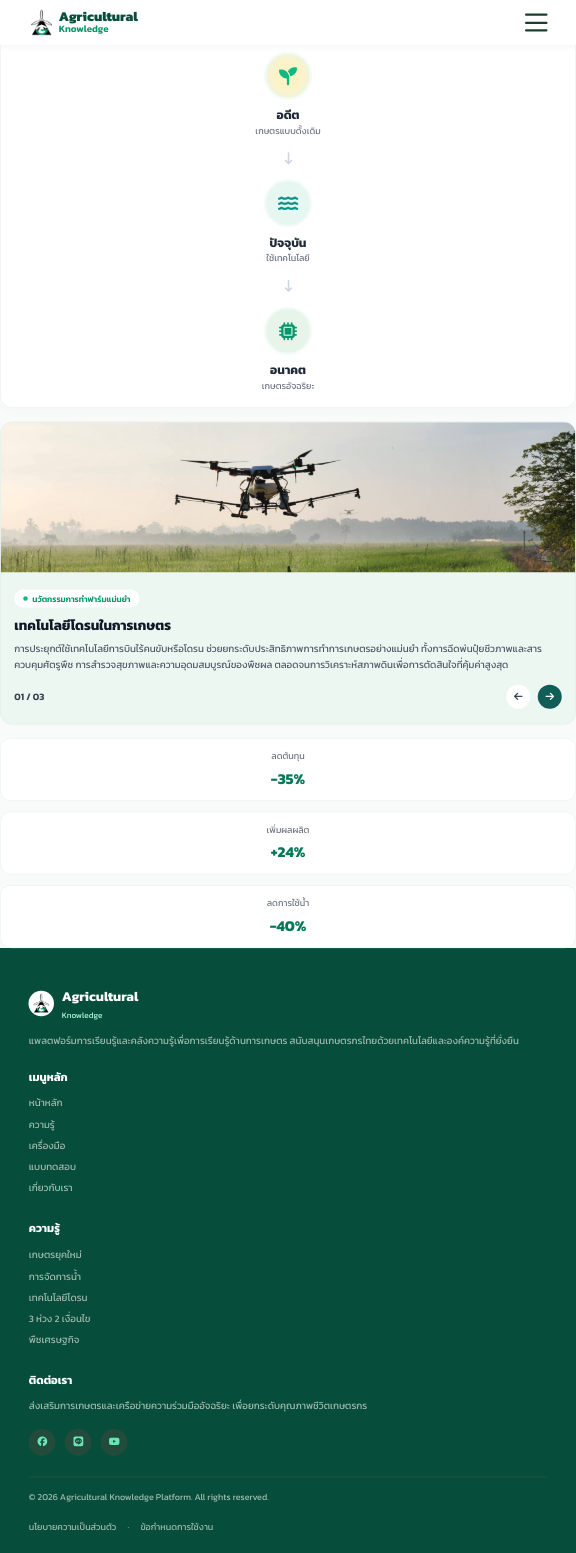
Repository: nuwat-wa/Project-WebdesignAG
Page: ag4.html
These files come from the project's save history. The page is drawn as it stood at one moment and after the next save; the edit follows.
The browser window is 768 px wide. The pictures show the whole page, at 75% of full size.

Above is the page before, as saved 2026-10-03 21:31:16.

### ag4.html
<!doctype html>
<html lang="th">
  <head>
    <meta charset="UTF-8" />
    <meta name="viewport" content="width=device-width, initial-scale=1.0" />
    <title>Agricultural Knowledge</title>

    <link
      rel="stylesheet"
      href="https://cdnjs.cloudflare.com/ajax/libs/font-awesome/6.7.2/css/all.min.css"
    />

    <link rel="stylesheet" href="style/ag4.css" />
  </head>

  <body>

    <header class="header">
      <div class="logo">
        <div class="logo-icon">
          <img src="/img/icon.png" alt="icon">
        </div>
        <div class="brand-text">
          <h1 class="title">Agricultural</h1>
          <span class="subtitle">Knowledge</span>
        </div>
      </div>

      <input type="checkbox" id="menu-toggle" class="menu-toggle" />

      <label for="menu-toggle" class="hamburger">
        <span></span>
        <span></span>
        <span></span>
      </label>

      <nav class="nav-links">
        <a href="index.html">หน้าหลัก</a>

        <div class="dropdown-hover">
          <a href="#" class="dropdown-btn active"
            >ความรู้ <i class="fa-solid fa-caret-down"></i
          ></a>

          <div class="menu-level1">
            <!-- มือใหม่ -->
            <div class="menu-item-has-children">
              <a href="#">มือใหม่ <i class="fa-solid fa-caret-right"></i></a>
              <div class="menu-level2">
                <a href="ag4.html">เกษตรสมัยใหม่</a>
                <a href="ag5.html">ปลูกข้าว</a>
                <a href="ag6.html">พืชสวน</a>
                <a href="ag7.html">พืชไร่</a>
                <a href="ag8.html">ปลูกผัก</a>
                <a href="ag9.html">การเตรียมดิน</a>
                <a href="#">การเลือกปุ๋ย</a>
                <a href="#">โรคศัตรูพืช</a>
              </div>
            </div>

            <!-- ผู้มีพื้นฐาน -->
            <div class="menu-item-has-children">
              <a href="#"
                >ผู้มีพื้นฐาน <i class="fa-solid fa-caret-right"></i
              ></a>
              <div class="menu-level2">
                <a href="#">เทคโนโลยีการเกษตร</a>
                <a href="#">การวางแผนการผลิต</a>
                <a href="#">AI / Big Data</a>
                <a href="ag10.html">ระบบน้ำอัจฉริยะ</a>
                <a href="#">การจัดการต้นทุน</a>
              </div>
            </div>

            <a href="ag3.html">หลักการพอเพียง</a>
            <a href="#">เรื่องเล่า</a>
            <a href="#">บทความ</a>

          </div>
        </div>

        <a href="#">เครื่องมือ</a>
        <a href="#">แบบทดสอบ</a>
        <a href="ag2.html">เกี่ยวกับเรา</a>
      </nav>
    </header>


    <!-- main content -->
    <main class="agri-container">

      <h1 class="main-heading">พัฒนาการเกษตรสมัยใหม่</h1>

      <!-- timeline -->
      <div class="timeline-card">

        <div class="timeline-step">
          <div class="step-icon-bg step-past">
            <i class="fa-solid fa-seedling"></i>
          </div>
          <h3 class="step-title">อดีต</h3>
          <p class="step-sub">เกษตรแบบดั้งเดิม</p>
        </div>

        <div class="timeline-arrow">
          <i class="fa-solid fa-arrow-right-long"></i>
        </div>

        <div class="timeline-step">
          <div class="step-icon-bg step-present">
            <i class="fa-solid fa-water"></i>
          </div>
          <h3 class="step-title">ปัจจุบัน</h3>
          <p class="step-sub">ใช้เทคโนโลยี</p>
        </div>

        <div class="timeline-arrow">
          <i class="fa-solid fa-arrow-right-long"></i>
        </div>

        <div class="timeline-step">
          <div class="step-icon-bg step-future">
            <i class="fa-solid fa-microchip"></i>
          </div>
          <h3 class="step-title">อนาคต</h3>
          <p class="step-sub">เกษตรอัจฉริยะ</p>
        </div>

      </div>


      <div class="feature-card">

        <div class="feature-image">
          <img
            src="img/do.png"
            alt="เกษตรโดรน"
          />
        </div>

        <div class="feature-content">

          <div>
            <div class="tag">
              <span class="dot"></span>
              นวัตกรรมการทำฟาร์มแม่นยำ
            </div>

            <h2 class="feature-title">
              เทคโนโลยีโดรนในการเกษตร
            </h2>

            <p class="feature-desc">
              การประยุกต์ใช้เทคโนโลยีการบินไร้คนขับหรือโดรน
              ช่วยยกระดับประสิทธิภาพการทำการเกษตรอย่างแม่นยำ
              ทั้งการฉีดพ่นปุ๋ยชีวภาพและสารควบคุมศัตรูพืช
              การสำรวจสุขภาพและความอุดมสมบูรณ์ของพืชผล
              ตลอดจนการวิเคราะห์สภาพดินเพื่อการตัดสินใจที่คุ้มค่าสูงสุด
            </p>
          </div>

          <div class="feature-footer">
            <span class="pagination-num">01 / 03</span>

            <div class="nav-buttons">
              <button class="nav-btn prev">
                <i class="fa-solid fa-arrow-left"></i>
              </button>

              <button class="nav-btn next">
                <i class="fa-solid fa-arrow-right"></i>
              </button>
            </div>
          </div>

        </div>
      </div>


      <!-- stats -->
      <div class="stats-grid">

        <div class="stat-card">
          <p class="stat-label">ลดต้นทุน</p>
          <p class="stat-value text-green">-35%</p>
        </div>

        <div class="stat-card">
          <p class="stat-label">เพิ่มผลผลิต</p>
          <p class="stat-value text-green">+24%</p>
        </div>

        <div class="stat-card">
          <p class="stat-label">ลดการใช้น้ำ</p>
          <p class="stat-value text-green">-40%</p>
        </div>

      </div>

    </main>


    <!-- footer -->
    <footer class="site-footer">

      <div class="footer-top">

        <div class="footer-about">
          <div class="footer-logo">
            <span class="footer-logo-icon"><img src="img/icon.png" alt="icon"></span>

            <div>
              <strong>Agricultural</strong>
              <small>Knowledge</small>
            </div>
          </div>

          <p>
            แพลตฟอร์มการเรียนรู้และคลังความรู้เพื่อการเรียนรู้ด้านการเกษตร
            สนับสนุนเกษตรกรไทยด้วยเทคโนโลยีและองค์ความรู้ที่ยั่งยืน
          </p>
        </div>


        <div class="footer-column">
          <h3>เมนูหลัก</h3>

          <ul>
            <li><a href="ag1.html">หน้าหลัก</a></li>
            <li><a href="#">ความรู้</a></li>
            <li><a href="#">เครื่องมือ</a></li>
            <li><a href="#">แบบทดสอบ</a></li>
            <li><a href="ag2.html">เกี่ยวกับเรา</a></li>
          </ul>
        </div>


        <div class="footer-column">
          <h3>ความรู้</h3>

          <ul>
            <li><a href="#">เกษตรยุคใหม่</a></li>
            <li><a href="#">การจัดการน้ำ</a></li>
            <li><a href="#">เทคโนโลยีโดรน</a></li>
            <li><a href="#">3 ห่วง 2 เงื่อนไข</a></li>
            <li><a href="#">พืชเศรษฐกิจ</a></li>
          </ul>
        </div>


        <div class="footer-contact">
          <h3>ติดต่อเรา</h3>

          <p>
            ส่งเสริมการเกษตรและเครือข่ายความร่วมมืออัจฉริยะ
            เพื่อยกระดับคุณภาพชีวิตเกษตรกร
          </p>

          <div class="footer-social">
            <a href="#" aria-label="Facebook"><i class="fa-brands fa-facebook"></i></a>
            <a href="#" class="social-line" aria-label="LINE"><i class="fa-brands fa-line"></i></a>
            <a href="#" aria-label="YouTube"><i class="fa-brands fa-youtube"></i></a>
          </div>
        </div>

      </div>


      <div class="footer-bottom">

        <p>© 2026 Agricultural Knowledge Platform. All rights reserved.</p>

        <div class="footer-policy">
          <a href="#">นโยบายความเป็นส่วนตัว</a>
          <span>·</span>
          <a href="#">ข้อกำหนดการใช้งาน</a>
        </div>

      </div>

    </footer>

  </body>
</html>

### style/ag4.css
@import url("https://fonts.googleapis.com/css2?family=Kanit:wght@300;400;500;600;700;800&display=swap");

* {
  margin: 0;
  padding: 0;
  box-sizing: border-box;
  font-family: "Kanit", sans-serif;
}

html {
  scroll-behavior: smooth;
  scrollbar-width: none;
}

html::-webkit-scrollbar {
  display: none;
}

body {
  background: #f8fbf9;
  color: #111827;
  overflow-x: hidden;
}


/* header */
.header {
  position: fixed;
  top: 0;
  left: 0;
  z-index: 1000;
  width: 100%;
  height: 65px;
  padding: 0 5%;
  background: #fff;
  display: flex;
  align-items: center;
  justify-content: space-between;
  box-shadow: 0 2px 10px rgba(0, 0, 0, 0.05);
}

.logo {
  display: flex;
  align-items: center;
  gap: 5px;
}

.logo-icon img {
  width: 35px;
  height: 35px;
  display: flex;
  align-items: center;
  justify-content: center;
}

.brand-text {
  display: flex;
  flex-direction: column;
}

.title {
  color: #064e3b;
  font-size: 18px;
  font-weight: 800;
  line-height: 0.95;
}

.subtitle {
  margin-top: 2px;
  color: #059669;
  font-size: 13px;
  font-weight: 600;
  line-height: 1.1;
}

/* nav */
.nav-links {
    display: grid;
    grid-template-columns: repeat(5, auto);
    align-items: center;
    justify-content: end;
    gap: 32px;
}

.nav-links > a,
.dropdown-btn {
    position: relative;
    display: inline-flex;
    align-items: center;
    justify-content: center;
    gap: 5px;
    margin: 0;
    padding: 4px 0;
    border: 0;
    background: none;
    color: #374151;
    text-decoration: none;
    font-family: "Kanit", sans-serif;
    font-size: 14px;
    font-weight: 500;
    white-space: nowrap;
    cursor: pointer;
    transition: color 0.2s;
}

.nav-links > a::after,
.dropdown-btn::after {
    content: "";
    position: absolute;
    left: 0;
    bottom: 0;
    width: 100%;
    height: 2px;
    background: #196738;
    transform: scaleX(0);
    transform-origin: center;
    transition: transform 0.2s ease;
}

.nav-links > a:hover,
.nav-links > a.active,
.dropdown-btn:hover {
    color: #2d6a4f;
}

.nav-links > a:hover::after,
.nav-links > a.active::after,
.dropdown-btn:hover::after {
    transform: scaleX(1);
}

.dropdown-hover .dropdown-btn.active::after {
    transform: scaleX(1);
}

/* dropdown */
.dropdown-hover {
  position: relative;
}

.menu-level1,
.menu-level2 {
  position: absolute;
  display: none;
  min-width: 180px;
  padding: 0;
  background: #fff;
  border-radius: 8px;
  box-shadow: 0 4px 12px rgba(0, 0, 0, 0.15);
}

.menu-level1 {
  top: 100%;
  left: 0;
  border-left: 4px solid #2d6a4f;
}

.menu-level2 {
  top: 0;
  left: 100%;
  border-left: 4px solid #28a745;
}

.dropdown-hover:hover > .menu-level1,
.menu-item-has-children:hover > .menu-level2 {
  display: block;
}

.menu-item-has-children {
  position: relative;
}

.menu-level1 a,
.menu-level2 a {
  width: 100%;
  margin: 0 !important;
  padding: 10px 20px !important;
  display: flex !important;
  align-items: center;
  justify-content: space-between;
  color: #333;
  text-decoration: none;
  border-radius: 8px;
}

.menu-level1 a:hover,
.menu-level2 a:hover {
  background: #f0f4f8;
  color: #2d6a4f;
}

/* mobile menu */
.menu-toggle {
  display: none;
}

.hamburger {
  display: none;
}

/* main */
.agri-container {
  width: 100%;
  max-width: none;
  margin: 0;
  padding: 85px 5% 48px;
}

.main-heading {
  margin-bottom: 18px;
  color: #1b4d3e;
  font-size: 22px;
  font-weight: 700;
}

/* timeline */
.timeline-card {
  display: flex;
  align-items: center;
  justify-content: space-around;
  margin-bottom: 18px;
  padding: 20px;
  background: #fff;
  border: 1px solid #ebf3ee;
  border-radius: 16px;
  box-shadow: 0 4px 20px rgba(0, 0, 0, 0.02);
}

.timeline-step {
  display: flex;
  flex-direction: column;
  align-items: center;
  text-align: center;
}

.step-icon-bg {
  width: 64px;
  height: 64px;
  margin-bottom: 8px;
  border-radius: 50%;
  display: flex;
  align-items: center;
  justify-content: center;
  font-size: 24px;
  border: 3px solid #f2fbf5;
}

.step-past {
  background: radial-gradient(circle, #fef3c7 40%, #e6f4ea 100%);
  color: #10b981;
}

.step-present {
  background: #e6f7f2;
  color: #0d9488;
}

.step-future {
  background: #e6f4ea;
  color: #059669;
}

.step-title {
  color: #1f2937;
  font-size: 16px;
  font-weight: 700;
}

.step-sub {
  color: #6b7280;
  font-size: 12px;
}

.timeline-arrow {
  color: #cbd5e1;
  font-size: 16px;
}

/* feature */
.feature-card {
  display: flex;
  margin-bottom: 18px;
  min-height: 280px;
  overflow: hidden;
  background: #edf7f2;
  border: 1px solid #e1efe7;
  border-radius: 16px;
}

.feature-image {
  position: relative;
  flex: 0 0 40%;
  min-width: 0;
}

.feature-image img {
  position: absolute;
  inset: 0;
  width: 100%;
  height: 100%;
  display: block;
  object-fit: cover;
}

.feature-content {
  flex: 1;
  padding: 24px 28px;
  display: flex;
  flex-direction: column;
  justify-content: space-between;
}

.tag {
  width: fit-content;
  margin-bottom: 10px;
  padding: 4px 12px;
  display: inline-flex;
  align-items: center;
  background: #fff;
  color: #059669;
  border-radius: 20px;
  font-size: 11px;
  font-weight: 600;
}

.tag .dot {
  width: 6px;
  height: 6px;
  margin-right: 6px;
  background: #10b981;
  border-radius: 50%;
}

.feature-title {
  margin-bottom: 8px;
  color: #111827;
  font-size: 19px;
  font-weight: 700;
}

.feature-desc {
  margin-bottom: 16px;
  color: #4b5563;
  font-size: 13px;
  line-height: 1.6;
}

.feature-footer {
  display: flex;
  align-items: center;
  justify-content: space-between;
}

.pagination-num {
  color: #374151;
  font-size: 13px;
  font-weight: 600;
}

.nav-buttons {
  display: flex;
  gap: 10px;
}

.nav-btn {
  width: 32px;
  height: 32px;
  border: none;
  border-radius: 50%;
  display: flex;
  align-items: center;
  justify-content: center;
  cursor: pointer;
  font-size: 13px;
}

.nav-btn.prev {
  background: #fff;
  color: #374151;
}

.nav-btn.next {
  background: #115e59;
  color: #fff;
}

.nav-btn:hover {
  opacity: 0.85;
}

/* stats */
.stats-grid {
  display: grid;
  grid-template-columns: repeat(3, 1fr);
  gap: 14px;
}

.stat-card {
  padding: 14px;
  background: #fff;
  border: 1px solid #ebf3ee;
  border-radius: 14px;
  text-align: center;
}

.stat-label {
  margin-bottom: 6px;
  color: #6b7280;
  font-size: 12px;
}

.stat-value {
  font-size: 20px;
  font-weight: 700;
}

.text-green {
  color: #047857;
}

/* footer */
.site-footer {
  width: 100%;
  padding: 50px 5% 25px;
  background: #064e3b;
  color: #a4bdb0;
  font-size: 13px;
  line-height: 1.7;
}

.site-footer a {
  color: #a4bdb0;
  text-decoration: none;
}

.site-footer a:hover {
  color: #65dfb0;
}

.footer-top,
.footer-bottom {
  width: 100%;
  max-width: none;
  margin-left: 0;
  margin-right: 0;
}

.footer-top {
  display: flex;
  justify-content: space-between;
  gap: 32px;
}

.footer-about {
  flex: 1.6;
}

.footer-column {
  flex: 0.9;
}

.footer-contact {
  flex: 1.2;
}

.footer-logo {
  display: flex;
  align-items: center;
  gap: 10px;
  margin-bottom: 14px;
}

.footer-logo-icon {
  width: 34px;
  height: 34px;
  display: flex;
  align-items: center;
  justify-content: center;
  background: white;
  border-radius: 50%;
  font-size: 20px;
}

.footer-logo-icon img {
  width: 26px;
  height: 26px;
  display: flex;
  align-items: center;
  justify-content: center;
}

.footer-logo strong {
  display: block;
  color: white;
  font-size: 18px;
}

.footer-logo small {
  display: block;
  color: #b3ffe1;
  font-size: 11px;
}

.site-footer h3 {
  margin-bottom: 12px;
  color: #fff;
  font-size: 15px;
}

.site-footer ul {
  padding: 0;
  list-style: none;
}

.site-footer li {
  margin-bottom: 6px;
}

.footer-social {
  display: flex;
  gap: 12px;
  margin-top: 18px;
}

.footer-social a {
  width: 36px;
  height: 36px;
  border-radius: 50%;
  background: #224b3b;
  color: #6ce4b6;
  display: flex;
  align-items: center;
  justify-content: center;
}

.footer-bottom {
  display: flex;
  align-items: center;
  justify-content: space-between;
  gap: 20px;
  margin-top: 28px;
  padding-top: 16px;
  border-top: 1px solid #2b5140;
  font-size: 12px;
}

.footer-policy {
  display: flex;
  gap: 15px;
}

/* responsive */
@media (max-width: 768px) {
  /* header */
  .header {
    height: 60px;
    padding: 0 5%;
  }

  /* hamburger */
  .hamburger {
    display: flex;
    width: 30px;
    height: 24px;
    cursor: pointer;
    flex-direction: column;
    justify-content: space-between;
  }

  .hamburger span {
    width: 100%;
    height: 3px;
    border-radius: 3px;
    background: #194028;
  }

  /* navigation */
  .nav-links {
    position: absolute;
    top: 60px;
    left: 0;
    width: 100%;
    padding: 15px 5%;
    display: none;
    flex-direction: column;
    align-items: stretch;
    gap: 0;
    background: #fff;
    box-shadow: 0 5px 10px rgba(0, 0, 0, 0.08);
  }

  .menu-toggle:checked ~ .nav-links {
    display: flex;
  }

  .nav-links > a,
  .dropdown-btn {
    width: 100%;
    margin: 0;
    padding: 12px 5px;
  }

  .dropdown-hover {
    width: 100%;
  }

  /* dropdown */
  .menu-level1,
  .menu-level2 {
    position: static;
    width: 100%;
    min-width: 0;
    padding: 0;
    border-radius: 0;
    box-shadow: none;
  }

  .menu-level1 {
    border-left: 3px solid #2d6a4f;
    background: #f8faf9;
  }

  .menu-level2 {
    border-left: 3px solid #28a745;
    background: #fff;
  }

  .dropdown-hover:hover > .menu-level1,
  .menu-item-has-children:hover > .menu-level2 {
    display: block;
  }

  /* main */
  .agri-container {
    width: 100%;
    padding: 78px var(--gutter) 48px;
  }

  .main-heading {
    font-size: 20px;
    margin-bottom: 18px;
  }

  /* timeline */
  .timeline-card {
    flex-direction: column;
    gap: 16px;
    padding: 20px 15px;
  }

  .timeline-arrow {
    transform: rotate(90deg);
  }

  /* feature */
  .feature-card {
    flex-direction: column;
    min-height: 0;
  }

  .feature-image {
    flex: none;
    height: 200px;
  }

  .feature-content {
    padding: 20px 18px;
  }

  .feature-title {
    font-size: 18px;
  }

  /* stats */
  .stats-grid {
    grid-template-columns: 1fr;
  }

  /* footer */
  .footer-top {
    flex-direction: column;
    gap: 24px;
  }

  .footer-about,
  .footer-column,
  .footer-contact {
    flex: 1 1 100%;
  }

  .footer-bottom {
    flex-direction: column;
    align-items: flex-start;
  }

  .footer-policy {
    flex-wrap: wrap;
  }
}

After the next save:
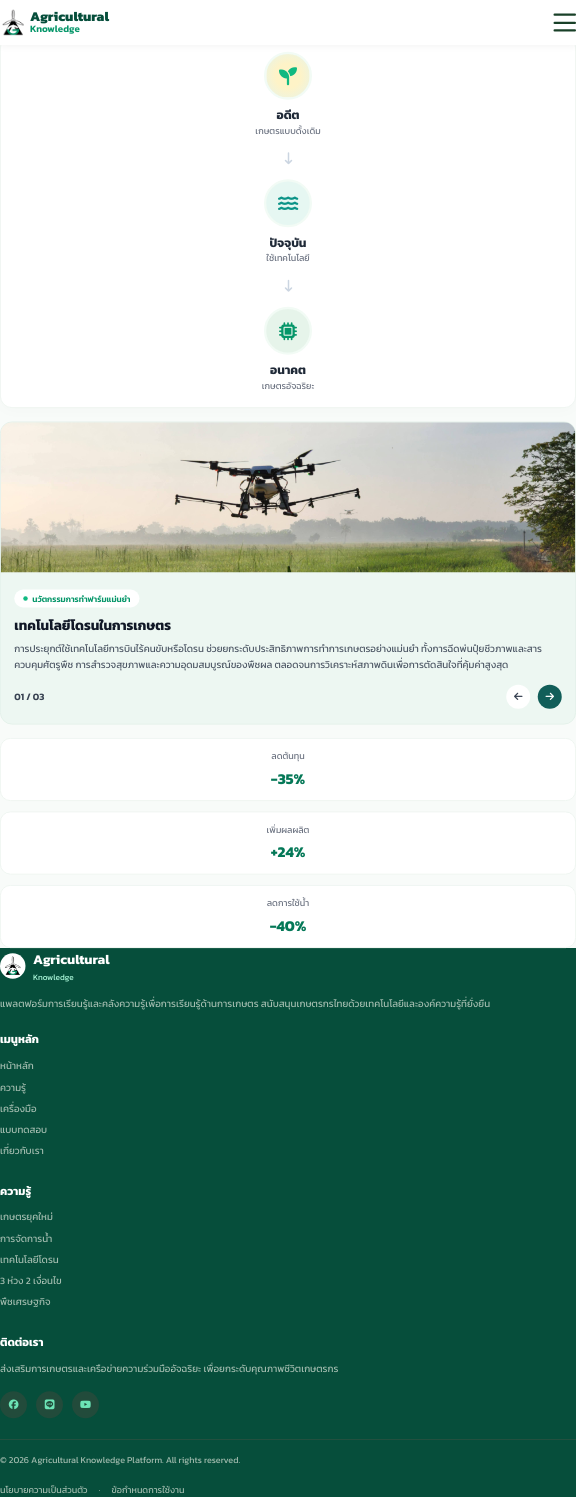
Saved 82 s later.
--- a/style/ag4.css
+++ b/style/ag4.css
@@ -422,6 +422,7 @@ body {
 .site-footer {
   width: 100%;
   padding: 50px 5% 25px;
+  padding: 36px var(--gutter) 18px;
   background: #064e3b;
   color: #a4bdb0;
   font-size: 13px;
@@ -554,7 +555,7 @@ body {
   /* header */
   .header {
     height: 60px;
-    padding: 0 5%;
+    padding: 0 var(--gutter);
   }
 
   /* hamburger */
@@ -580,7 +581,7 @@ body {
     top: 60px;
     left: 0;
     width: 100%;
-    padding: 15px 5%;
+    padding: 15px var(--gutter);
     display: none;
     flex-direction: column;
     align-items: stretch;
